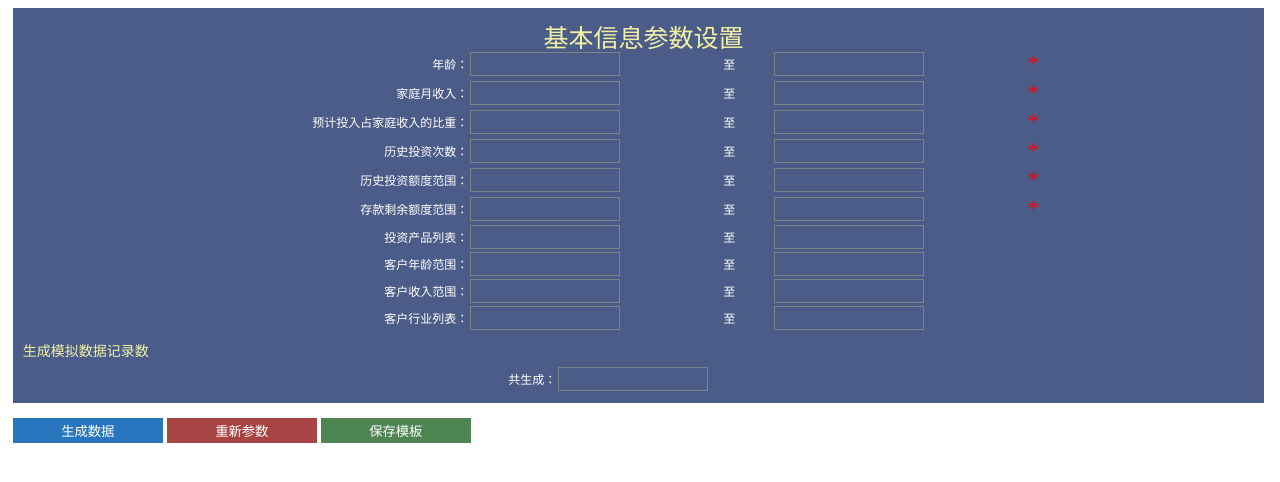
Repository: trieyouth/BigData
Page: http://localhost/BigData/WEB-INF/views/invesr-client-perference-analyse-system/data-collect/generateData.jsp
An editor plug-in stored every save of this project. The page is shown before and after the next save, followed by the edit.
The browser window is 1280 px wide. The pictures show the whole page.
The page is served by Tomcat 9. Nobody is signed in. Other server files are loaded and not shown. The template is opened directly, without the code that normally fills it, so the values that code supplies are empty.

Above is the page before, as saved 2016-03-13 06:44:43.

### BigData/WebRoot/WEB-INF/views/invesr-client-perference-analyse-system/data-collect/generateData.jsp
<%@ page language="java" import="java.util.*" pageEncoding="UTF-8"%>
<%@taglib prefix="c" uri="http://java.sun.com/jsp/jstl/core" %>

<!DOCTYPE HTML PUBLIC "-//W3C//DTD HTML 4.01 Transitional//EN">
<html>
  <head>
    <title>生成数据</title>
	<meta http-equiv="pragma" content="no-cache">
	<meta http-equiv="cache-control" content="no-cache">
	<meta http-equiv="expires" content="0">
	<meta http-equiv="keywords" content="keyword1,keyword2,keyword3">
	<meta http-equiv="description" content="This is my page">
	<link rel="stylesheet" type="text/css" href="<c:url value="/css/mycss.css"/>">
  </head>

   <body>
<div style="height:4px; width:100%;"></div>
<form  method="post" action="">
  <div style="height:4px; width:100%;"></div>
  <div id="lightcolor">
    <div style="height:30px; width:70%; text-align: center;"><label  id="labelhead"  style="font-size: 25px;" >基本信息参数设置</label></div>

    <table frame="void" width = "70%" height="25" >
      <tr>
        <td width="30%"  height="25"  style="text-align:right" ><label id="labelbody" > 年龄： </label></td>
        <td width="25%"  height="25"  ><label id="labelbody" >
            <input  type="text" id="inputwidth"   name="minAge" ></label></td>
        <td width="10%"  height="25"  style="text-align:center"  ><label id="labelbody" > 至 </label></td>
        <td width="25%"  height="25"  ><label id="labelbody" >
            <input  type="text" id="inputwidth"   name="maxAge" > </label></td>
        <td width="10%"  height="25"  style="text-align:center"  ><label id="labelbody1" >*</label></td>
      </tr>
      <tr>
        <td width="30%"  height="25"  style="text-align:right" ><label id="labelbody" > 家庭月收入： </label></td>
        <td width="25%"  height="25"  ><label id="labelbody" >
            <input  type="text" id="inputwidth"    name="minMonthlyIncome" >  </label></td>
        <td width="10%"  height="25"  style="text-align:center"  ><label id="labelbody" > 至 </label></td>
        <td width="25%"  height="25"  ><label id="labelbody" >
            <input  type="text" id="inputwidth"  placeholder=""  name="maxMonthlyIncome" > </label></td>
        <td width="10%"  height="25"  style="text-align:center"  ><label id="labelbody1" >*</label></td>
      </tr>
      <tr>
        <td width="30%"  height="25"  style="text-align:right" ><label id="labelbody" > 预计投入占家庭收入的比重： </label></td>
        <td width="25%"  height="25"  ><label id="labelbody" >
            <input  type="text" id="inputwidth"  placeholder=""  name="minProportionOfIncome" > </label></td>
        <td width="10%"  height="25"  style="text-align:center"  ><label id="labelbody" > 至 </label></td>
        <td width="25%"  height="25"  ><label id="labelbody" >
            <input  type="text" id="inputwidth"  placeholder=""  name="maxProportionOfIncome" > </label></td>
        <td width="10%"  height="25"  style="text-align:center"  ><label id="labelbody1" >*</label></td>
      </tr>
       <tr>
        <td width="30%"  height="25"  style="text-align:right" ><label id="labelbody" > 历史投资次数： </label></td>
        <td width="25%"  height="25"  ><label id="labelbody" >
            <input  type="text" id="inputwidth"   name="minHistoricalInvestment" ></label></td>
        <td width="10%"  height="25"  style="text-align:center"  ><label id="labelbody" > 至 </label></td>
        <td width="25%"  height="25"  ><label id="labelbody" >
            <input  type="text" id="inputwidth"   name="maxHistoricalInvestment" > </label></td>
        <td width="10%"  height="25"  style="text-align:center"  ><label id="labelbody1" >*</label></td>
      </tr>
       <tr>
        <td width="30%"  height="25"  style="text-align:right" ><label id="labelbody" > 历史投资额度范围： </label></td>
        <td width="25%"  height="25"  ><label id="labelbody" >
            <input  type="text" id="inputwidth"   name="minHistoricalInvestmentScope" ></label></td>
        <td width="10%"  height="25"  style="text-align:center"  ><label id="labelbody" > 至 </label></td>
        <td width="25%"  height="25"  ><label id="labelbody" >
            <input  type="text" id="inputwidth"   name="maxHistoricalInvestmentScope" > </label></td>
        <td width="10%"  height="25"  style="text-align:center"  ><label id="labelbody1" >*</label></td>
      </tr>
       <tr>
        <td width="30%"  height="25"  style="text-align:right" ><label id="labelbody" > 存款剩余额度范围： </label></td>
        <td width="25%"  height="25"  ><label id="labelbody" >
            <input  type="text" id="inputwidth"   name="minResidualScopeOfDeposit" ></label></td>
        <td width="10%"  height="25"  style="text-align:center"  ><label id="labelbody" > 至 </label></td>
        <td width="25%"  height="25"  ><label id="labelbody" >
            <input  type="text" id="inputwidth"   name="maxResidualScopeOfDeposit" > </label></td>
        <td width="10%"  height="25"  style="text-align:center"  ><label id="labelbody1" >*</label></td>
      </tr>
       <tr>
        <td width="30%"  height="25"  style="text-align:right" ><label id="labelbody" > 投资产品列表： </label></td>
        <td width="25%"  height="25"  ><label id="labelbody" >
            <input  type="text" id="inputwidth"   name="minListOfInvestmentProducts" ></label></td>
        <td width="10%"  height="25"  style="text-align:center"  ><label id="labelbody" > 至 </label></td>
        <td width="25%"  height="25"  ><label id="labelbody" >
            <input  type="text" id="inputwidth"   name="maxListOfInvestmentProducts" > </label></td>
        <td width="10%"  height="25"  style="text-align:center"  ><label id="labelbody" ></label></td>
      </tr>
       <tr>
        <td width="30%"  height="25"  style="text-align:right" ><label id="labelbody" > 客户年龄范围： </label></td>
        <td width="25%"  height="25"  ><label id="labelbody" >
            <input  type="text" id="inputwidth"   name="minCustomerAgeRange" ></label></td>
        <td width="10%"  height="25"  style="text-align:center"  ><label id="labelbody" > 至 </label></td>
        <td width="25%"  height="25"  ><label id="labelbody" >
            <input  type="text" id="inputwidth"   name="maxCustomerAgeRange" > </label></td>
        <td width="10%"  height="25"  style="text-align:center"  ><label id="labelbody" ></label></td>
      </tr>
       <tr>
        <td width="30%"  height="25"  style="text-align:right" ><label id="labelbody" > 客户收入范围： </label></td>
        <td width="25%"  height="25"  ><label id="labelbody" >
            <input  type="text" id="inputwidth"   name="minCustomerIncomeRange" ></label></td>
        <td width="10%"  height="25"  style="text-align:center"  ><label id="labelbody" > 至 </label></td>
        <td width="25%"  height="25"  ><label id="labelbody" >
            <input  type="text" id="inputwidth"   name="maxCustomerIncomeRange" > </label></td>
        <td width="10%"  height="25"  style="text-align:center"  ><label id="labelbody" > </label></td>
      </tr>
       <tr>
        <td width="30%"  height="25"  style="text-align:right" ><label id="labelbody" > 客户行业列表： </label></td>
        <td width="25%"  height="25"  ><label id="labelbody" >
            <input  type="text" id="inputwidth"   name="minListOfCustomersIndustry" ></label></td>
        <td width="10%"  height="25"  style="text-align:center"  ><label id="labelbody" > 至 </label></td>
        <td width="25%"  height="25"  ><label id="labelbody" >
            <input  type="text" id="inputwidth"   name="maxListOfCustomersIndustry" > </label></td>
        <td width="10%"  height="25"  style="text-align:center"  ><label id="labelbody" > </label></td>
      </tr>
    </table>
    <div style="height:8px; width:100%;"></div>
    <label  id="labelhead">生成模拟数据记录数</label>
    <div style="height:4px; width:100%;"></div>
     <table frame="void" width = "70%" height="25" >
      <tr>
        <td width="40%"  height="25"  style="text-align:right" ><label id="labelbody" > 共生成： </label></td>
        <td width="60%"  height="25"  ><label id="labelbody" >
            <input  type="text" id="inputwidth"   name="gerenalRecord" ></label></td>
        </tr>
     </table>
  </div>
  <div style="height:15px; width:100%;">${OperateStatus}</div>
  <!--选择按钮功能-->
  <div id="buttoncon">
    <button  id="button1style" type="submit" onclick="ClickGenerateData()" >生成数据</button>
    <!--点击此按钮后台获得参数-->
    <button  type="Reset" id="button2style">重新参数</button>
    <button  type="submit" id="button3style" onclick="ClickSaveForTemplate()" >保存模板</button>
    <!-- <button  type="Reset" id="button2style">设置生成字段</button> -->
  </div>
</form>
<script src="<c:url value="/js/system1formchick.js"/>"></script>
  </body>
  <script language="javascript" type="text/javascript">
  function ClickGenerateData(){
        document.frm.action="<c:url value="/icpas/index/dataCollect/generateData"/>";
        document.frm.submit();
   }
  function ClickSaveForTemplate(){
      document.frm.action="<c:url value="/icpas/index/dataCollect/saveAsTemplate"/>";
      document.frm.submit();
 }
  </script>
  </body>
</html>

### BigData/WebRoot/WEB-INF/resources/css/mycss.css
@charset "utf-8";
/* CSS Document */
*{
	padding:0px;
	margin:0px auto;
	border:0px;
}
#continaer{
	margin: 0px auto;
	width:80%;
	height:750px;
	//min-height:700px;
	background-color:rgb(18,24,48);
	padding:5px;
	border:0;
	}
#header{
	height:20%;
	width:100%;
	margin:0 auto;
	padding:0;
	border:0;
	background-color:rgb(76,93,137);}
    hr{ margin-top:0;
	margin-bottom:0;}

#bod{
	height:80%;
	width:100%;
	margin-top:0%;
	padding:0;
	background-color:rgb(76,93,137);
	}
#leftbody{
	margin:0;
	padding:0;
	border:0;
	width:20%;
	height:100%;
	background-color:rgb(18,24,48);
	float:left;
	}
#rightbody{
	margin:0;
	padding:0;
	border:0;
	width:80%;
	height:100%;
	background-color:rgb(49,69,120);
	float:left;}
#navhead{
	width:100%;
	height:50px;
	border:0;
	margin:0;
	padding:0;
	background:rgb(49,69,120);}

#hrc{
	margin-top:0;}
.nav ul {
	width:100%;
	height: 50px;
	padding: 0;
	margin-top:0;
}
.nav ul li {
	float: left;
	list-style: none;
}
.nav ul li a {
	width: 145px;
	height: 41px;
	line-height: 41px;
	background: rgb(49,69,120);
	color: #000;
	font-size: 14px;
	display: block;
	text-align: center;
	text-decoration: none;
	font-size: 16px;
	font-family:Microsoft YaHei;
	color:#FFF;
}
.nav ul li a:hover {
	width: 145px;
	height: 41px;
	line-height: 41px;
	border: 1px solid rgb(49,69,120);
	color: #000;
}

.meau ul {
	width: 100%;
	padding: 0;
	margin-top: 0;
}
.meau ul li {
	list-style: none;
}
.meau ul li a {
	width: 100%;
	height: 41px;
	line-height: 41px;
	background: rgb(28,40,82);
	color: #000;
	font-size: 14px;
	display: block;
	text-align: center;
	text-decoration: none;
	font-size: 16px;
	font-family: Microsoft YaHei;
	color: #FFF;
}
.meau ul li a:hover {
	width: 100%;
	height: 41px;
	line-height: 41px;
	border: 1px solid rgb(49,69,120);
	color: #FFF;
	background-color: rgb(18,24,48);
}
#lightcolor {
	width: 97%;
	margin-left:1%;
	background-color: #4B5C88;
	padding-top: 10px;
	padding-bottom: 10px;
	padding-left: 10px;
	border: 0;
}

#lighttable {
	width: 96%;

	padding-left:10px;
	margin-left:1%;
	background-color: #4B5C88;
	border:0;
}


#buttoncon{
	width: 97%;
	margin-left:1%;
	padding:0;
	border:0;
}
#labelhead {
	color: #F1F1A4;
	font-size: 14px;
	font-family: Microsoft YaHei;
}
#labelbody {
	color: #FFF;
	font-size: 12px;
	font-family: Microsoft YaHei;
}
/* the style of * */
#labelbody1 {

	font-size: 24px;
	color:red;
}
/*the style of input【text】 */
#inputwidth {
	width: 150px;
	height: 24px;
	background: Transparent;
	border: 1px solid #788587;
}
.cell{
	border-right:#7785A8 solid 1px;
	}

/* the style of Button */
#button1style{
	width:150px ;
	height:25px;
	background:#2976BE;
	border:0;
	color:#FFF;
	font-family: Microsoft YaHei;
}
/* the style of Button */
#button2style{
    width: 150px;
	height: 25px;
	background: #A74544;
	border: 0;
	color: #FFF;
	font-family: Microsoft YaHei;
}
/* the style of Button */
#button3style{
    width:150px ;
    height:25px;
    background:#4F8553;
    border:0;
    color:#FFF;
    font-family: Microsoft YaHei;
}
.submitfile{
	width:150px;
	height:25px;
	background-color:#4F8553;
	color:#FFF;
	margin-left:3px;}
.choicefile{
	width:150px;
	height:25px;
	background-color:#2976BE;
	color:#FFF;
	margin-right:3px;
	}
.filepath{
	width:310px;
	border:1px solid #OFC;
	height:25px;
	line-height:25px;
	overflow:hidden;
	color:#000;}

Loaded but not shown: BigData/WebRoot/WEB-INF/resources/js/system1formchick.js (common file)

After the next save:
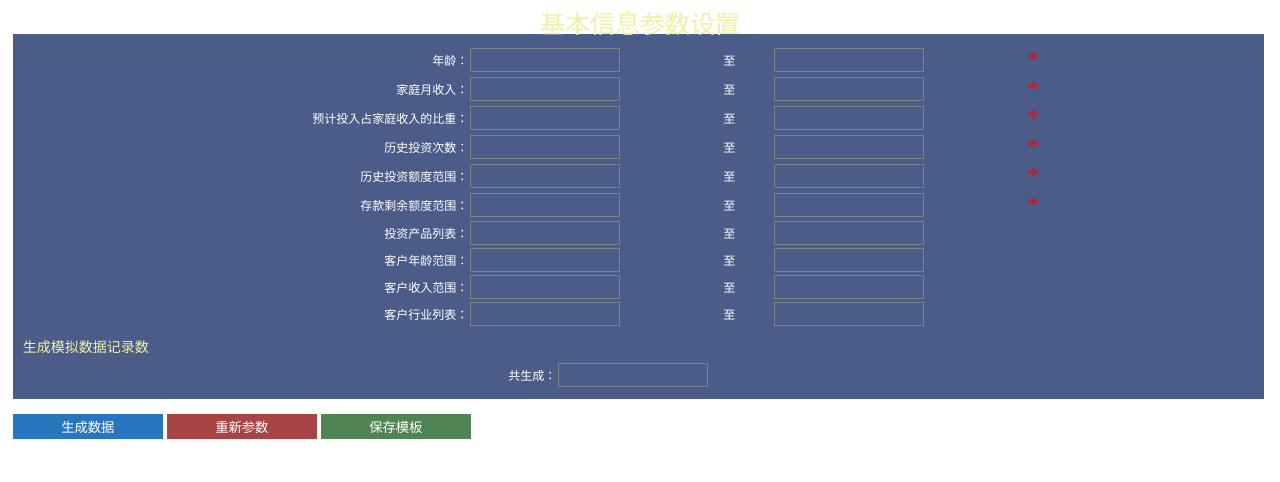
Saved 40 s later.
--- a/BigData/WebRoot/WEB-INF/views/invesr-client-perference-analyse-system/data-collect/generateData.jsp
+++ b/BigData/WebRoot/WEB-INF/views/invesr-client-perference-analyse-system/data-collect/generateData.jsp
@@ -16,10 +16,8 @@
    <body>
 <div style="height:4px; width:100%;"></div>
 <form  method="post" action="">
-  <div style="height:4px; width:100%;"></div>
+   <div style="height:30px; width:70%; text-align: center;"><label  id="labelhead"  style="font-size: 25px;" >基本信息参数设置</label></div>
   <div id="lightcolor">
-    <div style="height:30px; width:70%; text-align: center;"><label  id="labelhead"  style="font-size: 25px;" >基本信息参数设置</label></div>
-
     <table frame="void" width = "70%" height="25" >
       <tr>
         <td width="30%"  height="25"  style="text-align:right" ><label id="labelbody" > 年龄： </label></td>
